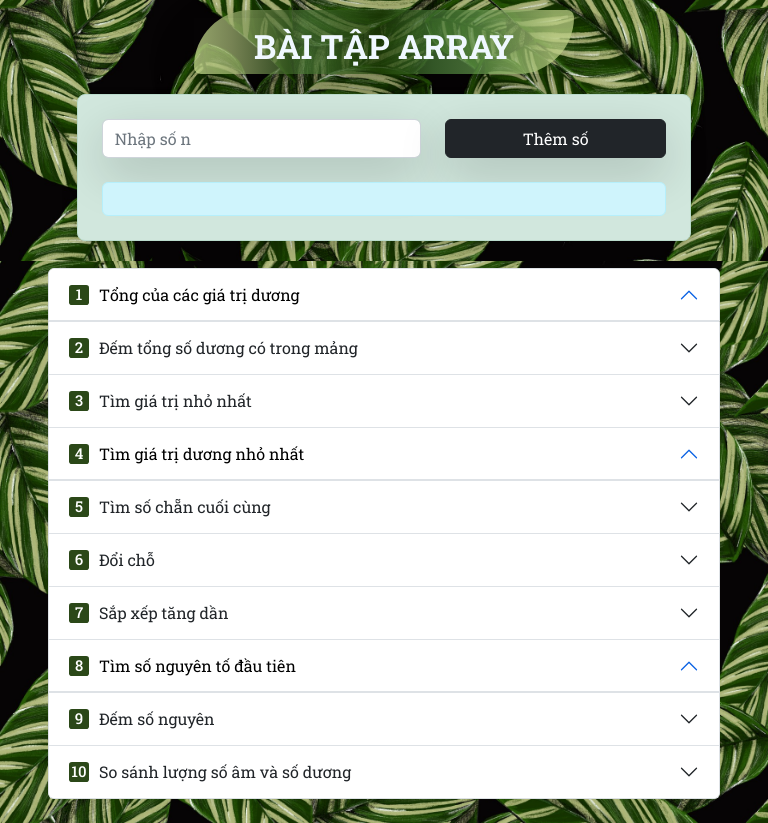
Repository: hcozyph/TranHuuPhuoc_BC43_BT_JS_Buoi7_8_ARRAY
Page: index.html
These files come from the project's save history. The page is drawn as it stood at one moment and after the next save; the edit follows.
The browser window is 768 px wide. The pictures show the whole page.
Backgrounds fixed to the window are drawn as part of the page.

Above is the page before, as saved 2023-02-26 13:47:18.

After the next save:
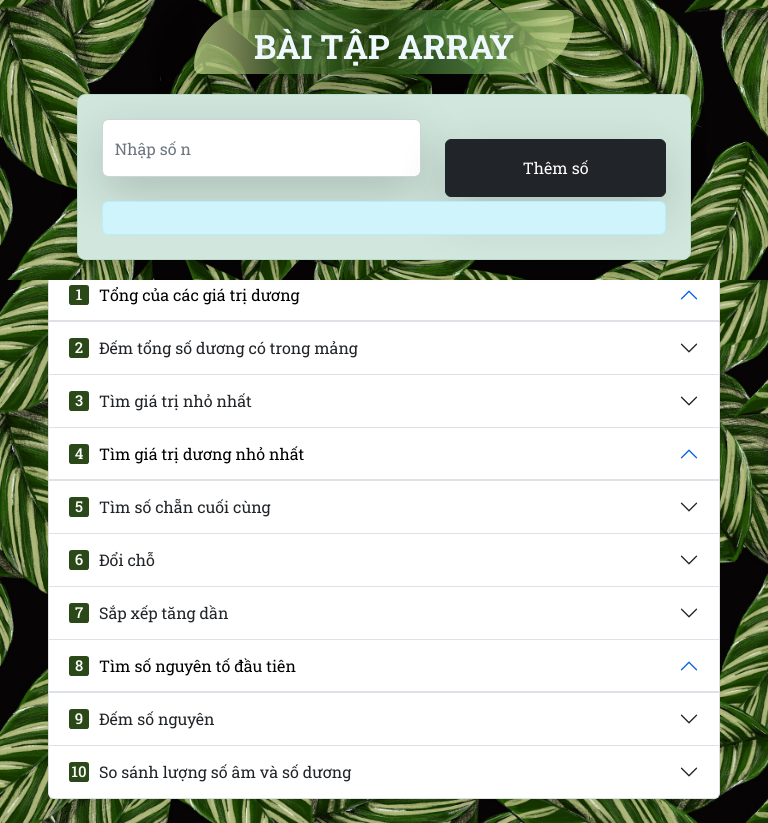
Saved 30 s later.
--- a/css/index.css
+++ b/css/index.css
@@ -103,6 +103,10 @@
     .btnCustom {
         width: 50%;
     }
+
+    #user-btn {
+        margin-top: 20px;
+    }
 }
 @media only screen and (max-width: 739px) {
     .btnCustom {
